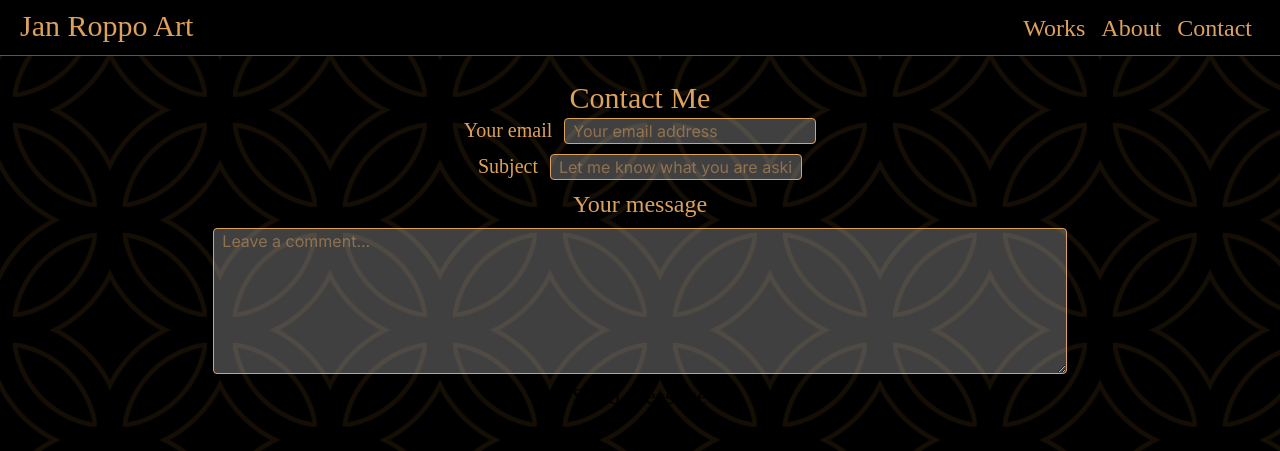
Repository: YanceMcFinn/JRArt
Page: /contact
The author's editor kept a copy of each file at every save. The page is drawn from the files as they stood at one save, then again after the next save.
The browser window is 1280 px wide. The pictures show the whole page.
Some web fonts or font styles are not loaded; a fallback is used. The project was rebuilt for these pictures with package versions that can differ from the ones it lists, and the page was loaded fresh each time. The framework's server and built-in components were replaced by stand-ins that run in the browser. Also part of the build but not shown: next.config.js.

Above is the page before, as saved 2023-10-28 22:34:05.

After the next save:
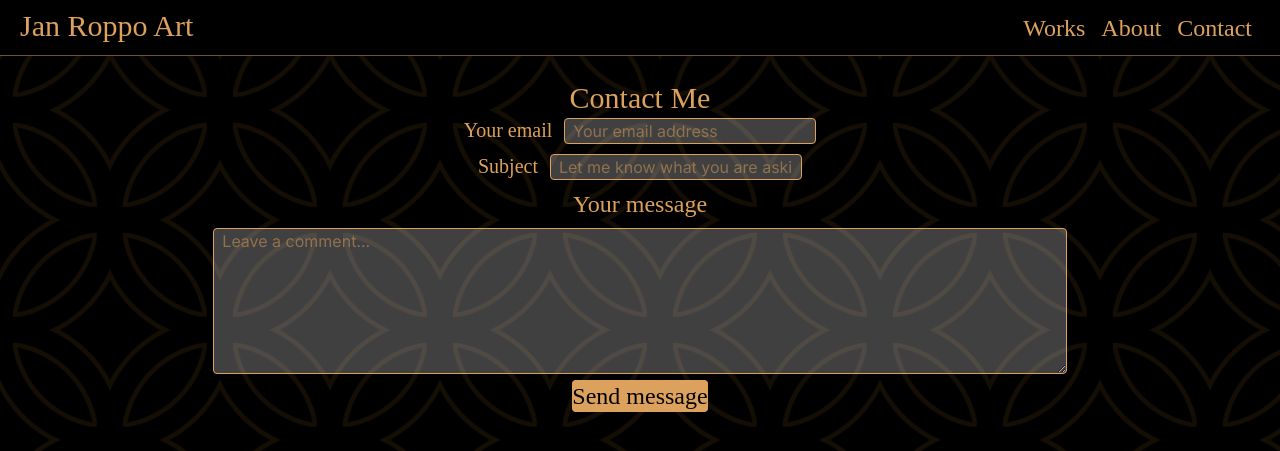
Saved 23 s later.
--- a/app/contact/page.jsx
+++ b/app/contact/page.jsx
@@ -19,7 +19,7 @@ export default function Contact() {
               <label for="message" className='title text-2xl' >Your message</label><br/>
               <textarea id="message" rows="6" placeholder="Leave a comment..." className='rounded w-full px-2 mt-2 bg-white/25 border border-main-color text-main-color placeholder-main-color/50 focus:border-main-color focus:border-2 focus:outline-none focus:ring-0'></textarea>
           </div>
-          <button type="submit" className='background-color-main-color text-black title text-2xl rounded'>Send message</button>
+          <button type="submit" className='bg-main-color text-black title text-2xl rounded'>Send message</button>
       </form>
         </div>
     )
